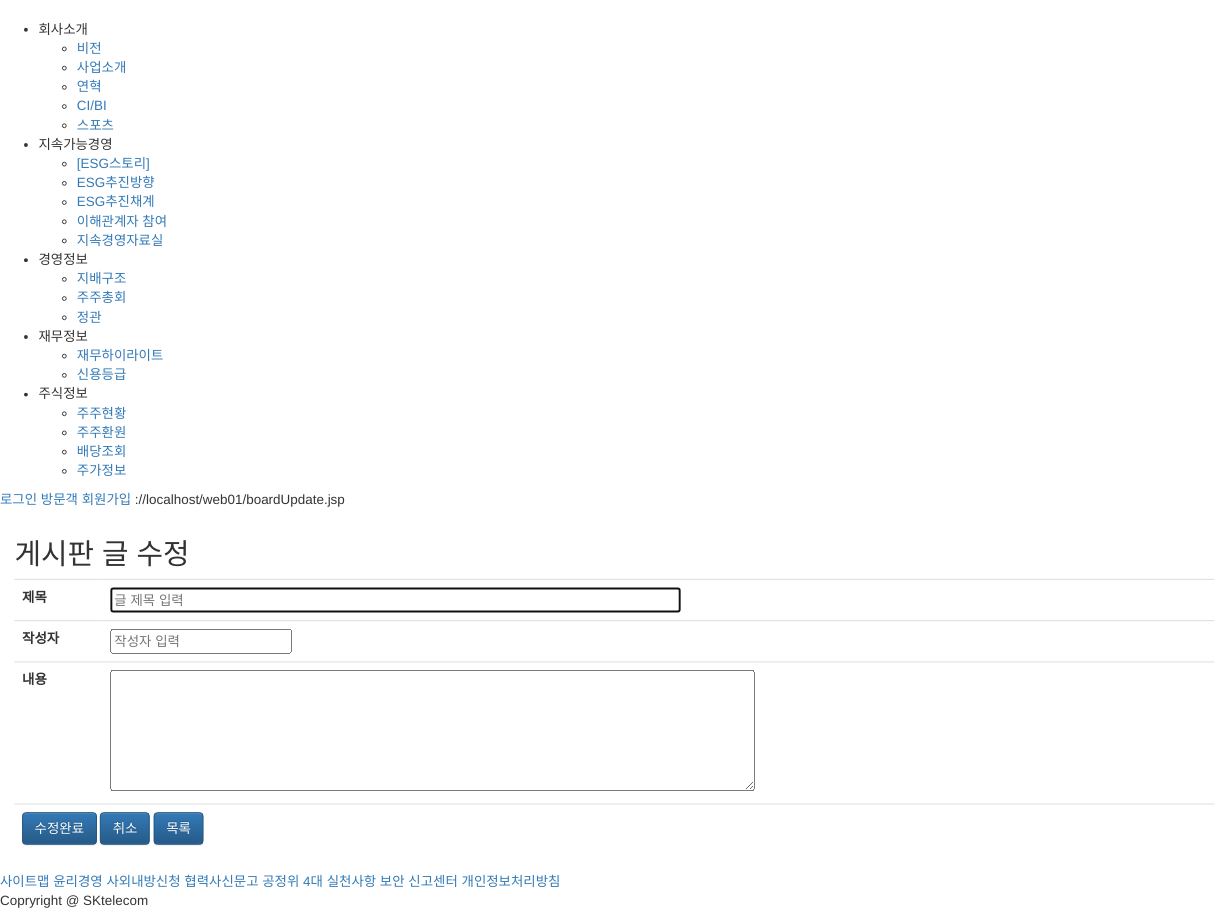
Repository: star-min/jsp_basic
Page: http://localhost/web01/boardUpdate.jsp
The author's editor kept a copy of each file at every save. The page is drawn from the files as they stood at one save, then again after the next save.
The browser window is 1280 px wide. The pictures show the whole page, at 96% of full size.
The page is served by Tomcat 9.

Above is the page before, as saved 2022-04-29 07:19:47.

After the next save:
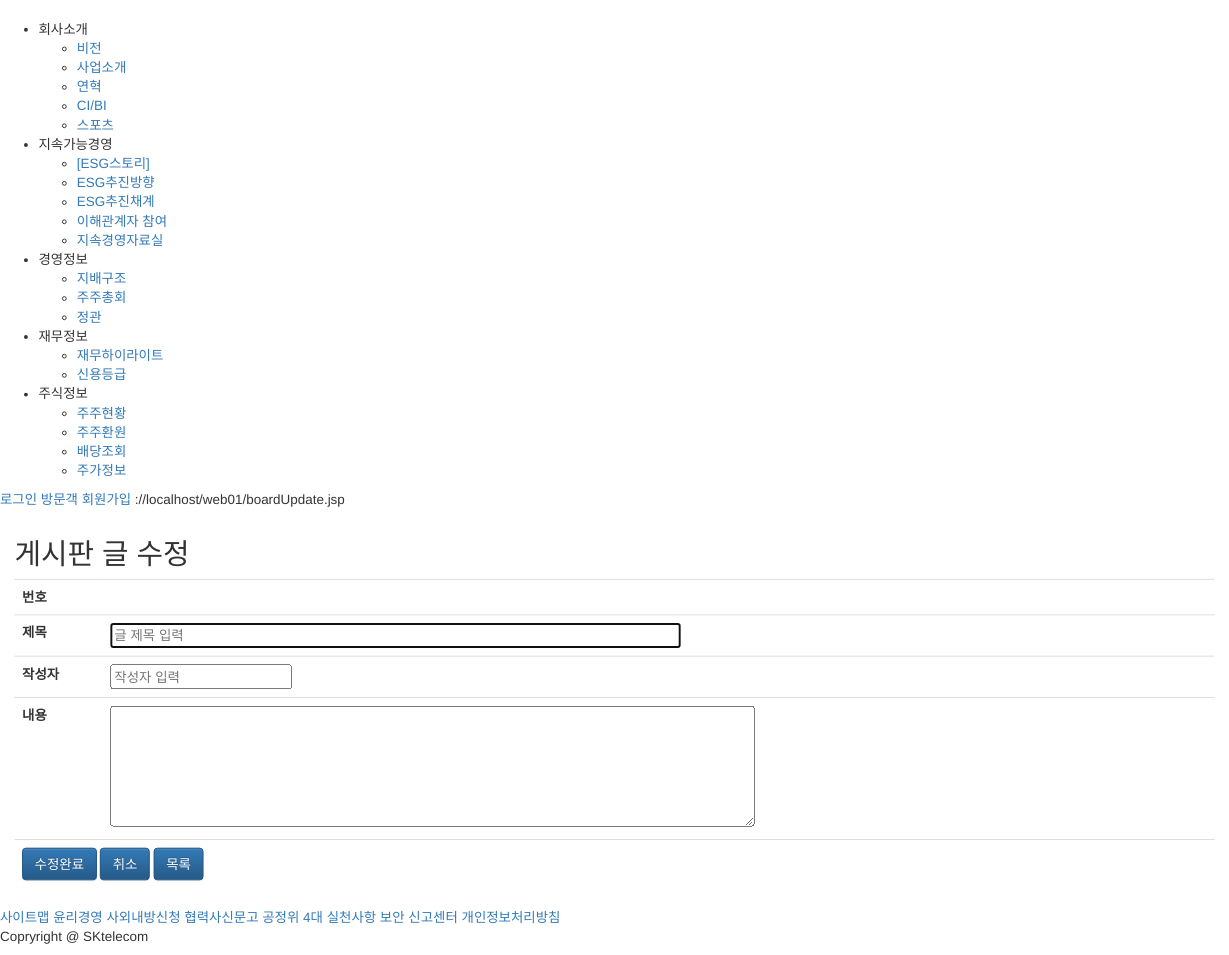
Saved 42 min 10 s later.
--- a/jsp1/web01/src/main/webapp/boardUpdate.jsp
+++ b/jsp1/web01/src/main/webapp/boardUpdate.jsp
@@ -1,5 +1,10 @@
 <%@ page language="java" contentType="text/html; charset=UTF-8"
     pageEncoding="UTF-8"%>
+<%@ page import="java.sql.*"%>
+<%
+	request.setCharacterEncoding("UTF-8");
+	String bno = request.getParameter("bno");
+%>
 <!DOCTYPE html>
 <html>
 <head>
@@ -27,6 +32,12 @@
 	<form id="boardform" name="boardform" action="boardUpdatePro.jsp" method="post" onsubmit="return writeCheck(this)">
 		<table class="table">
 			<tbody>
+				<tr>
+					<th class="necessary">번호</th>
+					<td>
+						<br>
+					</td>
+				</tr>
 				<tr>
 					<th class="necessary">제목 </th>
 					<td>
